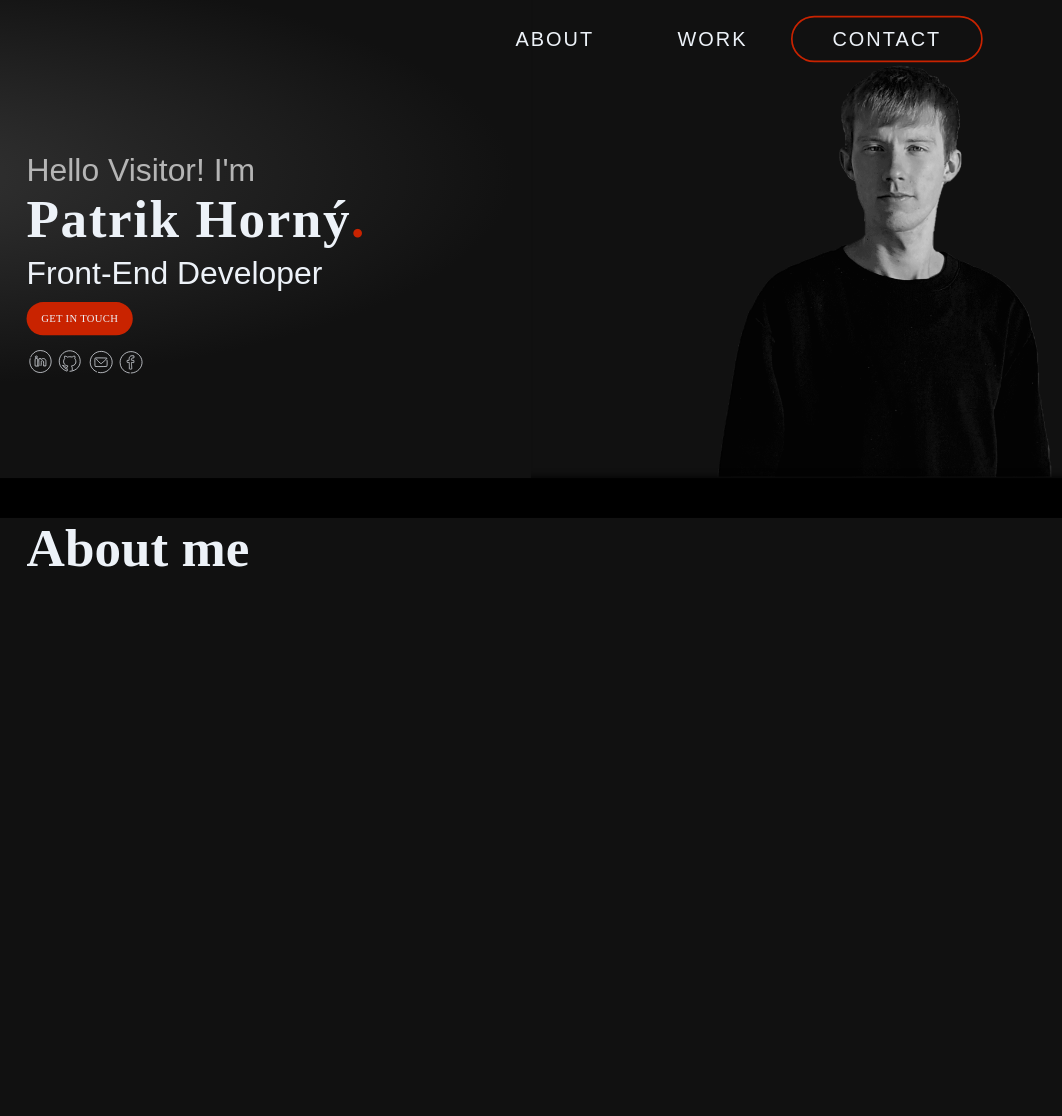
Repository: Spreceriany/portfolio
Page: index.html
These files come from the project's save history. The page is drawn as it stood at one moment and after the next save; the edit follows.
The browser window is 1280 px wide. The pictures show the whole page, at 83% of full size.
Some web fonts or font styles are not loaded; a fallback is used. The style sheet was rebuilt from its Sass, Less or Tailwind sources for each picture, by a compiler version that may differ from the author's.

Above is the page before, as saved 2021-03-08 12:10:27.

### index.html
<!DOCTYPE html>
<html lang="en">

<head>
    <meta charset="UTF-8">
    <meta http-equiv="X-UA-Compatible" content="IE=edge">
    <meta name="viewport" content="width=device-width, initial-scale=1.0">
    <title>Patrik Horny | Portfolio</title>
    <link rel="stylesheet" href="css/style.css">
    <link rel="preconnect" href="https://fonts.gstatic.com">
    <link href="https://fonts.googleapis.com/css2?family=Asul&family=Chivo:wght@900&display=swap" rel="stylesheet">
</head>

<body>
    <header>
        <nav>
            <ul>
                <li><a href="#">About</a></li>
                <li><a href="#">Work</a></li>
                <li><a href="#">Contact</a></li>
            </ul>
            <div class="burger">
                <div class="line1"></div>
                <div class="line2"></div>
                <div class="line3"></div>
            </div>
        </nav>
    </header>

    <main>
        <section class="hero">
            <div class="hero__left-col">
                <p class="gray">Hello Visitor! I'm</p>
                <h1>Patrik Horný<span class="orange">.</span></h1>
                <p>Front-End Developer</p>
                <a href="#" class="btn">Get in touch</a>
                <ul>
                    <li><a href="#">
                        <?xml version="1.0" ?><svg height="256px" id="Layer_1" version="1.1" viewBox="0 0 256 256" width="256px" xml:space="preserve" xmlns="http://www.w3.org/2000/svg" xmlns:xlink="http://www.w3.org/1999/xlink"><path class="st0" d="M34.367,105.308c-15.255,58.994,21.499,118.714,77.309,130.865c54.491,11.864,108.741-24.931,122.132-78.209  c13.576-54.011-18.103-112.414-72.055-127.246C77.289,8.035,39.505,84.527,39.501,88.37"/><path class="st0" d="M106.662,168.972c-0.36-21.051,0.978-61.432-0.945-63.422  c-1.923-1.99-17.046-7.923-19.883-12.471c-2.838-4.548-2.011-13.662,8.126-13.674s11.419,8.666,8.78,14.31  c-2.64,5.644-17.584,9.811-19.288,12.105c-1.704,2.294-2.429,68.28,0,69.899c2.429,1.619,32.926,1.484,35.624-0.54  c2.699-2.024-3.374-67.47,0-69.09s17.407-1.889,19.162-1.079c1.754,0.81,0.675,7.692,1.889,8.366  c1.214,0.675,10.171-11.177,24.289-9.446c10.46,1.282,19.837,10.121,21.321,18.892s0.899,34.545,0.54,51.817  c-7.197,0.27-14.394,0.675-21.59,0.945c-0.27-14.574,1.08-33.6-0.81-43.586c-1.889-9.986-22.328-9.849-22.13,0  s1.619,43.586-2.699,43.451" id="linkedin"/></svg>
                    </a></li>
                    <li><a href="#">
                        <?xml version="1.0" ?><svg height="256px" id="Layer_2" version="1.1" viewBox="0 0 256 256" width="256px" xml:space="preserve" xmlns="http://www.w3.org/2000/svg" xmlns:xlink="http://www.w3.org/1999/xlink"><path class="st0" d="M128.1,222.073"/><path class="st0" d="M130.164,226.986c63.917-3.557,108.667-52.057,97.259-116.5c-9.288-52.47-60.722-87.613-112.739-80.577  C61.952,37.041,21.39,85.877,27.386,139.004c5.689,47.857,35.128,70.23,59.685,80.335c5.717,2.353,13.401,5.785,15.997,5.229  c2.596-0.556,1.763-14.95,1.763-21.889c-16,2.459-21.475-3.841-24.875-7.563c-3.857-4.222-6.125-8.563-10.063-14.938  s-11.063-4.875-11.813-8.563s15-2.688,26.313,11.25c8.188,10.146,16.928,7.089,21.625,4.188c0.154-1.612,0.526-3.775,1.438-6.188  c0.967-2.557,3.625-4.104,3.208-5.854c-0.417-1.75-21.804-0.577-34-17.667c-8.809-12.344-9.129-26.955-5.667-37.833  c2.322-7.297,6.196-12.443,8.833-15.417c-1.011-2.162-2.513-6.109-2.583-11.25c-0.076-5.549,1.554-9.796,2.583-12  c3.492,0.104,8.54,0.644,14.25,2.667c5.469,1.937,9.593,4.542,12.333,6.583c4.975-1.671,12.218-3.489,21.083-3.667  c10.135-0.203,18.344,1.819,23.667,3.583c2.616-2.336,6.987-5.648,13.167-7.917c4.489-1.648,8.518-2.229,11.5-2.417  c1.143,2.165,3.075,6.519,3.167,12.332c0.085,5.351-1.426,9.47-2.416,11.664c2.867,3.459,7.394,9.875,9.502,18.995  c0.751,3.249,4.857,20.981-6.996,36.24c-12.408,15.974-33.06,13.524-33.992,15.73c-0.932,2.206,3.964,6.297,6.266,14.877  c2.302,8.58,1.327,24.979,1.327,24.979"/></svg>
                    </a></li>
                    <li><a href="#">
                        <?xml version="1.0" ?><svg height="256px" id="Layer_3" version="1.1" viewBox="0 0 256 256" width="256px" xml:space="preserve" xmlns="http://www.w3.org/2000/svg" xmlns:xlink="http://www.w3.org/1999/xlink"><path class="st0" d="M90.122,111.336c4.814,10.698,40.475,41.901,43.863,42.08s58.662-49.39,57.057-52.778  S79.246,96.18,76.214,99.568c-3.031,3.388-1.962,78.097,0.713,80.237s111.083,2.318,113.401-1.426  c2.318-3.744,4.814-57.414,1.783-60.623"/><path class="st0" d="M108.268,237.352c59.036,15.089,118.653-21.832,130.648-77.676c11.711-54.524-25.236-108.671-78.551-121.912  C106.315,24.34,48.002,56.183,33.321,110.176c-22.447,84.527,54.151,122.097,57.994,122.09"/></svg>
                    </a></li>
                    <li><a href="#">
                        <?xml version="1.0" ?><svg height="256px" id="Layer_1" version="1.1" viewBox="0 0 256 256" width="256px" xml:space="preserve" xmlns="http://www.w3.org/2000/svg" xmlns:xlink="http://www.w3.org/1999/xlink"><g><path class="st0" d="M118.489,204.01c0.668-30.724-0.583-59.627-0.514-61.433c0.099-2.572-16.945,1.061-19.046-1.053   c-2.101-2.114-3.309-18.205-0.521-19.591s15.355,1.129,18.007-0.526c2.652-1.655-11.513-55.269,46.601-43.421   c1.589,0.795-0.132,18.732-1.059,20.122c-0.927,1.39-12.708-1.787-19.062,3.177c-6.354,4.964-3.707,18.664-2.383,19.591   c1.324,0.927,20.188,0.198,21.445,1.589s1.456,18.798,0,20.122c-1.456,1.324-20.819-2.41-22.769-1.058   c-1.606,1.113,4.224,60.038,2.558,62.373c-1.666,2.335-7.731,2.133-11.56,2.226"/><path class="st0" d="M136.577,243.358c60.912-1.648,108.145-53.478,104.395-110.472c-3.662-55.647-54.02-97.612-108.923-95.753   C76.39,39.017,29.02,85.605,29.68,141.555c1.549,87.443,85.505,102.61,89.2,101.551"/></g></svg>
                    </a></li>
                </ul>
            </div>
            <div class="hero__right-col">
                <img src="./img/my_photo.png" alt="my-photo">
            </div>
        </section>

        <section class="about">
            <div class="about__left-col">
                <h2>About me</h2>
            </div>
        </section>
    </main>


    <script src="js/script.js"></script>

</body>

</html>

### css/style.scss
body {
  font-family: "Asul", "Chivo", sans-serif;
}

* {
  box-sizing: border-box;
  margin: 0;
  padding: 0;
}

$white-ish: #edf2f8;
$orange: #c92300;
$gray: #b5b5b5;

.orange {
  color: $orange;
}

.gray {
  color: $gray;
}

header {
  width: 100%;

  margin: 0 auto;
  min-height: 13vh;
  position: absolute;
  top: 0;
  left: 0;
  right: 0;
  display: flex;
  justify-content: flex-end;
  nav {
    min-height: 10vh;
    display: flex;
    align-items: center;
    top: 0;
    right: 0;
    .burger {
      cursor: pointer;
      margin-right: 2em;
      @media (min-width: 996px) {
        display: none;
      }
      div {
        background-color: $orange;
        margin: .3em;
        transition: transform 500ms ease, opacity 500ms ease, width 500ms ease;
        &:nth-child(1) {
          width: 1.5em;
          height: .15em;
        }
        &:nth-child(2) {
          width: 1em;
          height: .15em;
        }

        &:nth-child(3) {
          width: .6em;
          height: .15em;
        }
      }
    }
    ul {
      margin-left: auto;
      display: none;
      @media (min-width: 992px) {
        display: block;
      }

      li {
        display: inline-block;
        padding: 0.5em 2em;
        font-size: 1.5rem;
        text-transform: uppercase;
        cursor: pointer;

        &:last-of-type {
          border: 2px solid $orange;
          border-radius: 9999px;
          background-image: linear-gradient($orange, $orange);
          background-position: 50% 50%;
          background-repeat: no-repeat;
          background-size: 0% 100%;
          transition: background-size 0.3s;
          margin-right: 4em;
          &:hover {
            background-size: 100% 100%;
          }
        }

        &:not(:last-child) a:hover {
          color: $orange;
        }
        a {
          width: 100%;
          text-decoration: none;
          color: $white-ish;
          letter-spacing: 0.1em;
          transition: color 0.3s ease-out;
        }
      }
    }
  }
}

main {
  margin: 0 auto;
  background-color: black;
}

.btn {
  background-color: $orange;
  padding: 1em 0.7em;
  color: $white-ish;
  border-radius: 9999px;
  width: 10em;
  flex-shrink: 0;
  text-align: center;
  text-decoration: none;
  text-transform: uppercase;
  font-family: "Chivo";
  letter-spacing: 0.03em;
  margin: 1em 0;
  font-size: 0.8rem;
  &:hover {
    background-color: transparent;
  }
}

.hero {
  width: 100%;

  margin: 0 auto;
  min-height: 80vh;
  background: radial-gradient(
    59.93% 44.1% at -11.63% 36.77%,
    #343434 0%,
    #111111 100%
  );
  display: grid;
  align-items: center;
  justify-content: center;
  color: $white-ish;
  grid-template-columns: 1fr;

  @media (min-width: 556px) {
    grid-template-columns: 1fr 1fr;
  }

  svg {
    width: 100%;
    height: 100%;
    fill: none;
    stroke: #edf2f8;
    stroke-width: 7;
    stroke-linecap: round;
    stroke-linejoin: round;
    stroke-miterlimit: 10;
    transition: stroke 0.3s, transform 0.3s ease-in;
    &:hover {
      stroke: $orange !important;
      transform: translateY(-2px);
    }
  }

  &__left-col {
    display: flex;
    flex-direction: column;
    padding-left: 2em;
    padding-top: 4em;
    ul {
      list-style-type: none;
      li {
        display: inline-flex;
        width: 2em;
        img {
          width: 100%;
        }
      }
    }

    p {
      font-size: clamp(1rem, 3vw, 2.5rem);
    }

    h1 {
      font-size: clamp(2rem, 5vw, 6rem);
      margin-bottom: 0.1em;
      letter-spacing: 0.03em;
      font-family: 'Chivo';
    }
  }

  &__right-col {
    position: relative;
    height: 100%;
    &::after{
      content: '';
      position: absolute;
      width: 100%;
      height: 100%;
      bottom: 0;
      left: 0;
      box-shadow: inset 0 -10px 10px -10px #000000;

    }
    img {
      position: absolute;
      width: 70%;
      right: 0;
      bottom: 0;
    }
  }
}

.about{
  width: 100%;
  height: 100vh;
  margin-top: 3em;
  background-color: #111111;
  color: $white-ish;
  &__left-col{
    padding-left:2em ;
    h2{
      font-family: 'Chivo';

      font-size: clamp(2rem, 5vw, 6rem);
    }
  }
}

Loaded but not shown: js/script.js (no copy from this time; the picture is the same without it)

After the next save:
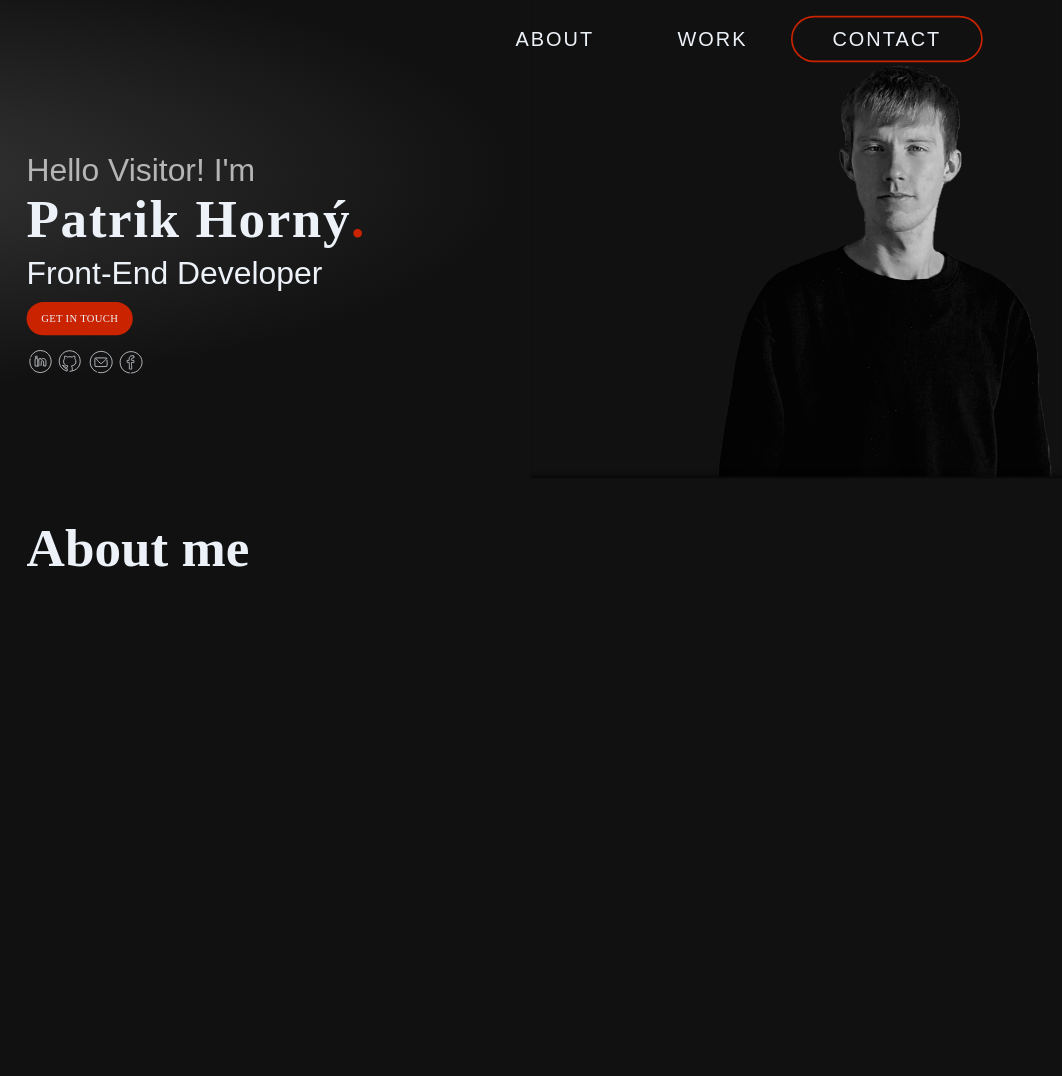
Saved 5 s later.
--- a/css/style.scss
+++ b/css/style.scss
@@ -218,7 +218,7 @@ main {
 .about{
   width: 100%;
   height: 100vh;
-  margin-top: 3em;
+  padding-top: 3em;
   background-color: #111111;
   color: $white-ish;
   &__left-col{
